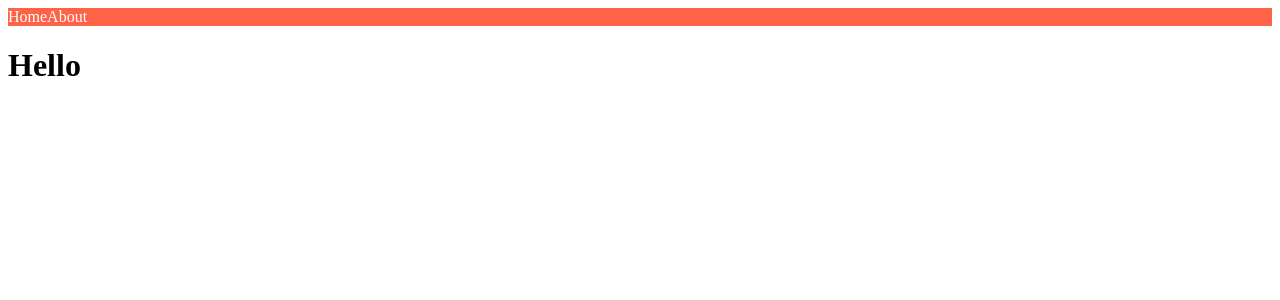
Repository: JulyK9/nextjsstart
Page: /
An editor plug-in stored every save of this project. The page is shown before and after the next save, followed by the edit.
The browser window is 1280 px wide. The pictures show the whole page.
The project was rebuilt for these pictures with package versions that can differ from the ones it lists, and the page was loaded fresh each time. Some packages were replaced by stand-ins written for this rebuild. The framework's server and built-in components were replaced by stand-ins that run in the browser. Also part of the build but not shown: next.config.js.

Above is the page before, as saved 2022-06-09 14:17:44.

After the next save:
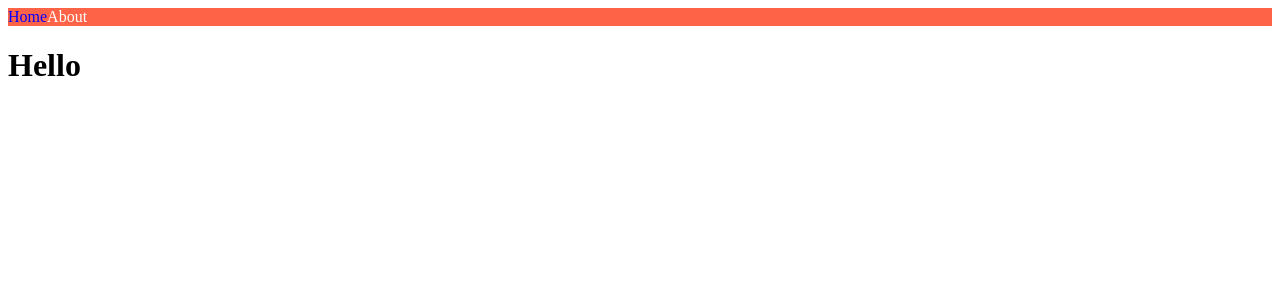
Saved 9 min 49 s later.
--- a/components/Navbar.js
+++ b/components/Navbar.js
@@ -9,10 +9,10 @@
   return (
     <nav>
       <Link href="/">
-        <a>Home</a>
+        <a className={router.pathname === "/" ? "active" : ""}>Home</a>
       </Link>
       <Link href="/about">
-        <a>About</a>
+        <a className={router.pathname === "/about" ? "active" : ""}>About</a>
       </Link>
       <style jsx>{`
         nav {
@@ -21,6 +21,9 @@
         a {
           text-decoration: none;
         }
+        .active {
+          color: blue;
+        }
       `}</style>
     </nav>
   );
